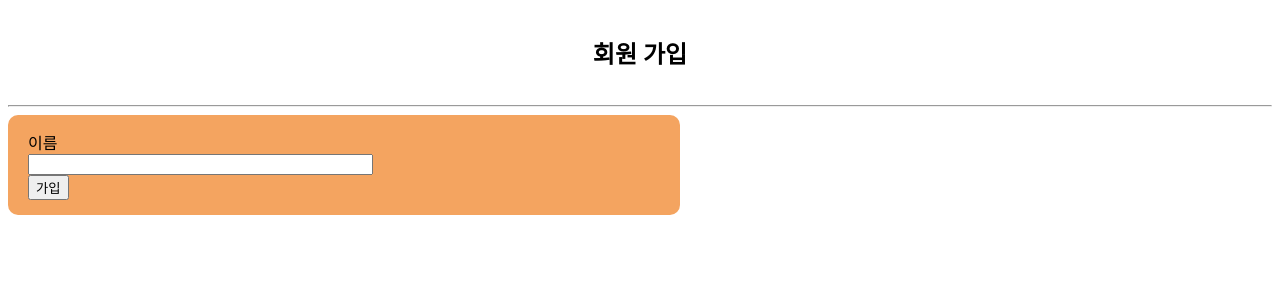
Repository: ineble/sql
Page: http://localhost/text/01/text1.jsp
These files come from the project's save history. The page is drawn as it stood at one moment and after the next save; the edit follows.
The browser window is 1280 px wide. The pictures show the whole page.
The page is served by Tomcat 9.

Above is the page before, as saved 2022-07-15 07:52:04.

After the next save:
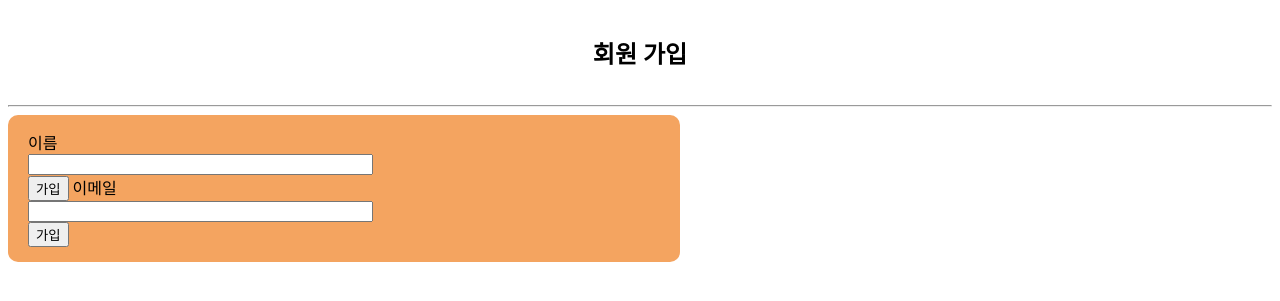
Saved 78 s later.
--- a/text/src/main/webapp/01/text1.jsp
+++ b/text/src/main/webapp/01/text1.jsp
@@ -29,6 +29,10 @@
 			<label>이름</label><br>
 			<input type="text" name="email" size="40"><br>
 			<button type="button" onclick="signUp()">가입</button>
+
+			<label>이메일</label><br>
+			<input type="email" name="email" size="40"><br>
+			<button type="button" onclick="signUp()">가입</button>
 		</form>
 	</div>
 	<div id="result" class="result">
